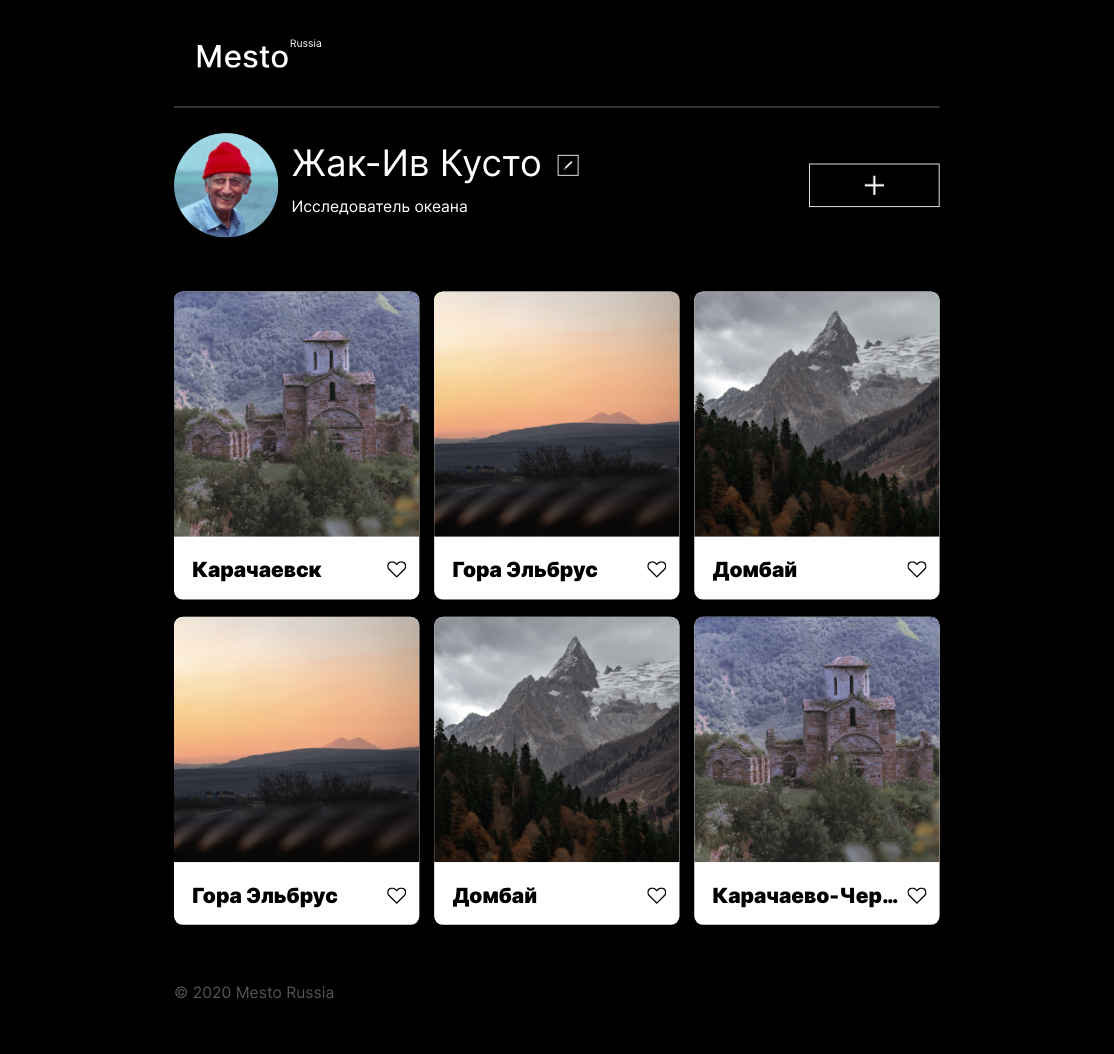
Repository: dyond/mesto
Page: index.html
The author's editor kept a copy of each file at every save. The page is drawn from the files as they stood at one save, then again after the next save.
The browser window is 1280 px wide. The pictures show the whole page, at 87% of full size.

Above is the page before, as saved 2022-12-05 13:33:48.

After the next save:
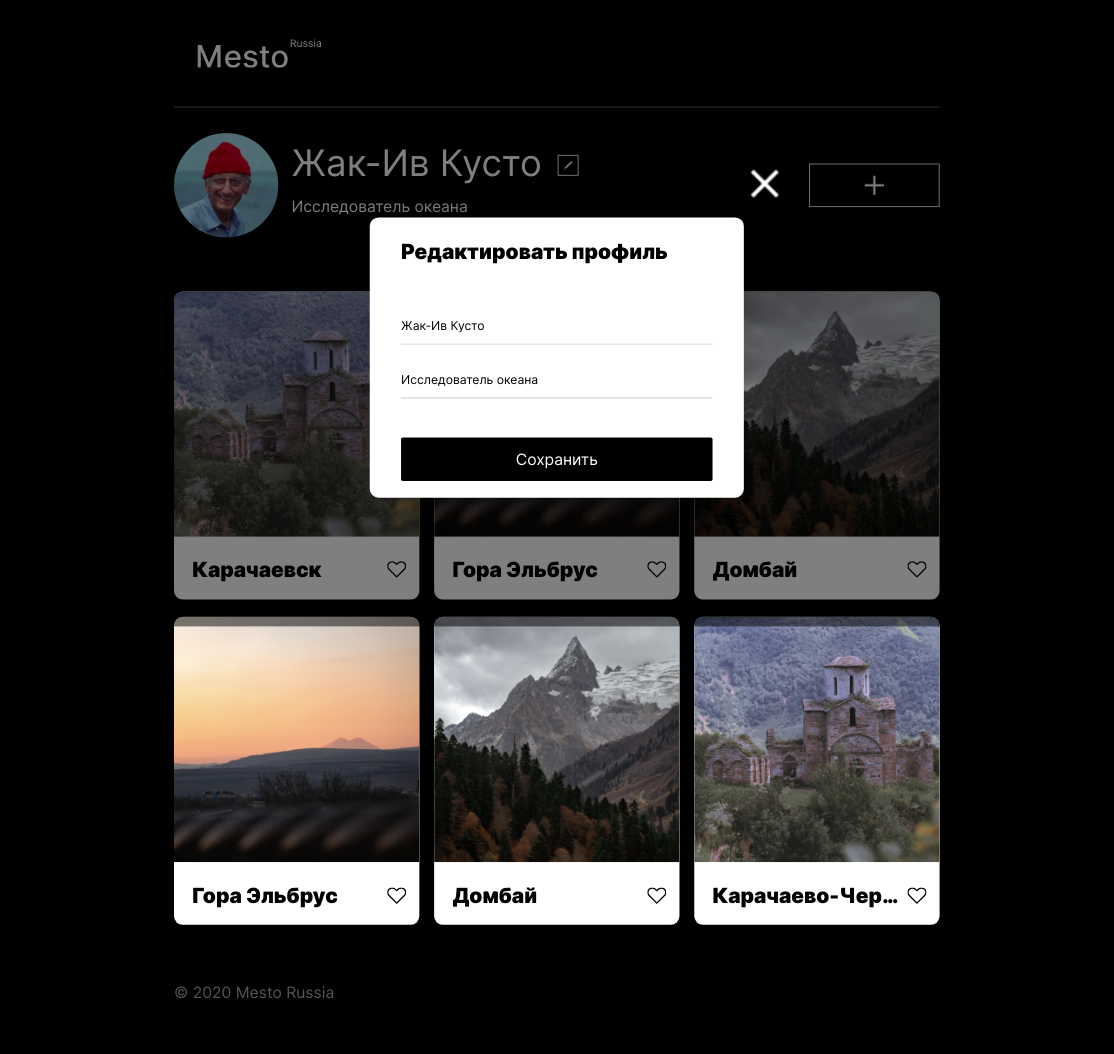
Saved 8 s later.
--- a/index.html
+++ b/index.html
@@ -10,7 +10,7 @@
 <body class="root">
   <div class="page">
 
-    <div class="popup popup_opened">
+    <div class="popup ">
       <div class="popup__container">
         <button type="button" class="popup__close">
           <img src="images/close_icon.png" alt="Крестик закрытия">

After the save that followed:
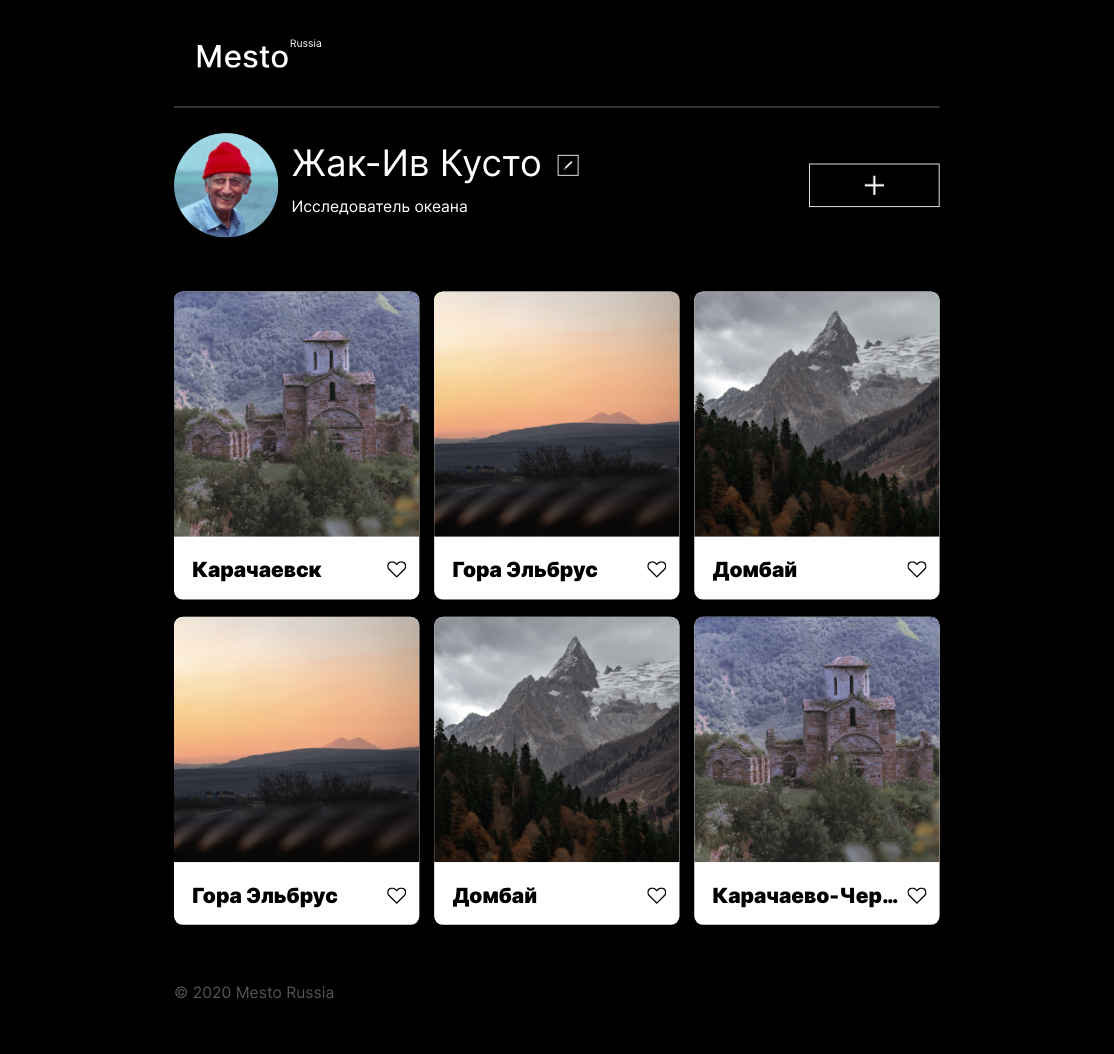
Saved 6 s later.
--- a/index.html
+++ b/index.html
@@ -10,7 +10,7 @@
 <body class="root">
   <div class="page">
 
-    <div class="popup ">
+    <div class="popup popup_opened">
       <div class="popup__container">
         <button type="button" class="popup__close">
           <img src="images/close_icon.png" alt="Крестик закрытия">
